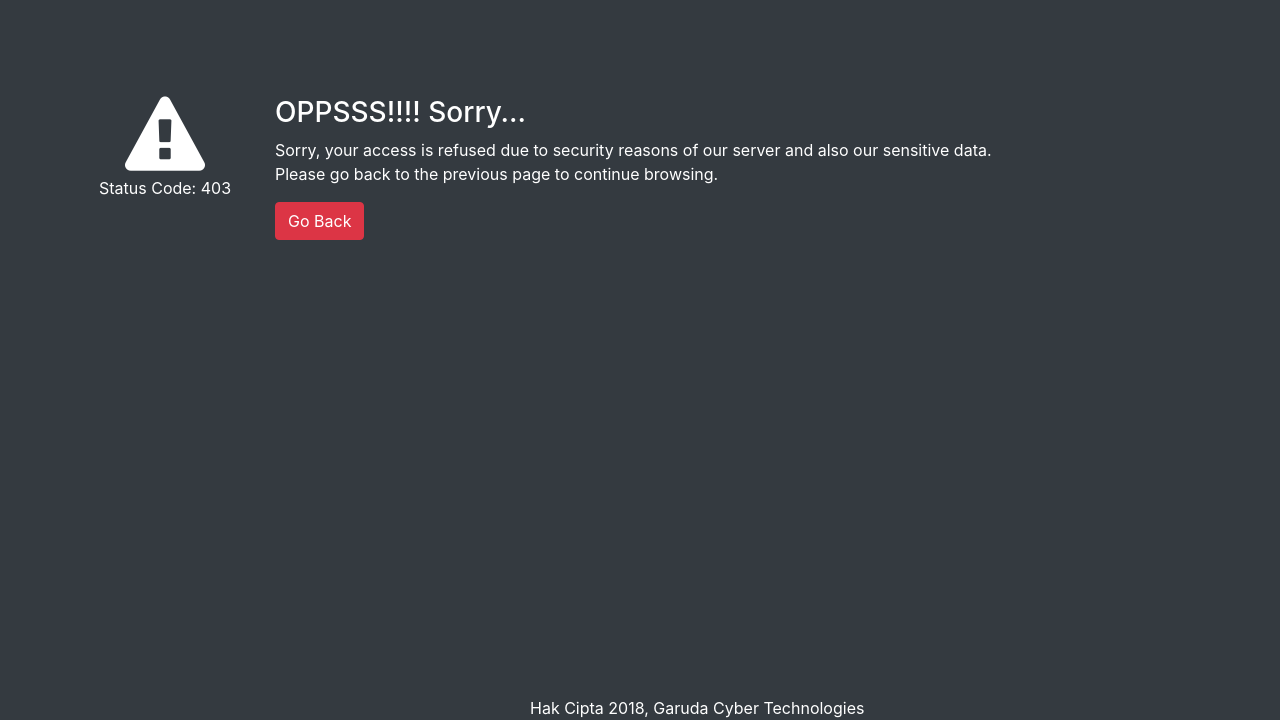
Repository: nguyenhuynhminhthuan265/QL_CANTEEN_SPRING-BOOT
Page: http://localhost/error/403
An editor plug-in stored every save of this project. The page is shown before and after the next save, followed by the edit.
The browser window is 1280 px wide. The pictures show the whole page.
Some web fonts or font styles are not loaded; a fallback is used. The page is this project's Thymeleaf template; nobody is signed in. The template is opened directly, without the code that normally fills it, so the values that code supplies are empty.

Above is the page before, as saved 2019-12-06 07:58:44.

### QuanLy_Canteen/src/main/resources/templates/error/403.html
<!DOCTYPE html>
<html xmlns:th="http://www.thymeleaf.org" lang="id" dir="ltr">

<head>
     <meta charset="utf-8" />
     <meta name="viewport" content="width=device-width, initial-scale=1, shrink-to-fit=no" />
     <meta name="description" content="" />
     <meta name="author" content="" />

     <!-- Title -->
     <title>Sorry, This Page Can&#39;t Be Accessed</title>
     <link rel="stylesheet" href="https://cdnjs.cloudflare.com/ajax/libs/font-awesome/4.7.0/css/font-awesome.css" />
     <link rel="stylesheet" href="https://stackpath.bootstrapcdn.com/bootstrap/4.1.1/css/bootstrap.min.css" integrity="sha384-WskhaSGFgHYWDcbwN70/dfYBj47jz9qbsMId/iRN3ewGhXQFZCSftd1LZCfmhktB" crossorigin="anonymous" />
	<style type="text/css">
	#footer{
     text-align: center;
     position: fixed;
     margin-left: 530px;
     bottom: 0px
}

	</style>
</head>

<body class="bg-dark text-white py-5">
     <div class="container py-5">
          <div class="row">
               <div class="col-md-2 text-center">
                    <p><i class="fa fa-exclamation-triangle fa-5x"></i><br/>Status Code: 403</p>
               </div>
               <div class="col-md-10">
                    <h3>OPPSSS!!!! Sorry...</h3>
                    <p>Sorry, your access is refused due to security reasons of our server and also our sensitive data.<br/>Please go back to the previous page to continue browsing.</p>
                    <a class="btn btn-danger" href="javascript:history.back()">Go Back</a>
               </div>
          </div>
     </div>

     <div id="footer" class="text-center">
          Hak Cipta 2018, Garuda Cyber Technologies
     </div>
</body>

</html>

Loaded but not shown: QuanLy_Canteen/src/main/resources/static/403/css/font.css (2337 lines, source omitted)

After the next save:
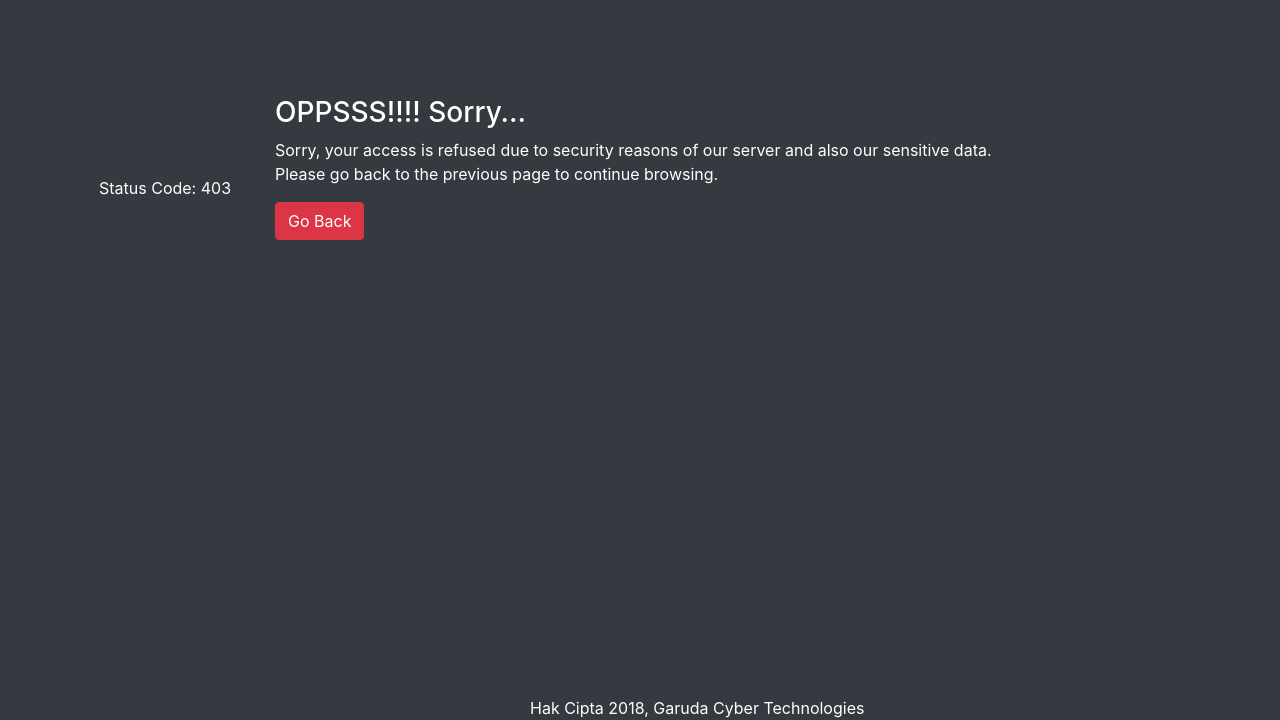
Saved 62 s later.
--- a/QuanLy_Canteen/src/main/resources/templates/error/403.html
+++ b/QuanLy_Canteen/src/main/resources/templates/error/403.html
@@ -9,7 +9,7 @@
 
      <!-- Title -->
      <title>Sorry, This Page Can&#39;t Be Accessed</title>
-     <link rel="stylesheet" href="https://cdnjs.cloudflare.com/ajax/libs/font-awesome/4.7.0/css/font-awesome.css" />
+     <link rel="stylesheet" th:href="@{/403/css/font.css}" />
      <link rel="stylesheet" href="https://stackpath.bootstrapcdn.com/bootstrap/4.1.1/css/bootstrap.min.css" integrity="sha384-WskhaSGFgHYWDcbwN70/dfYBj47jz9qbsMId/iRN3ewGhXQFZCSftd1LZCfmhktB" crossorigin="anonymous" />
 	<style type="text/css">
 	#footer{
